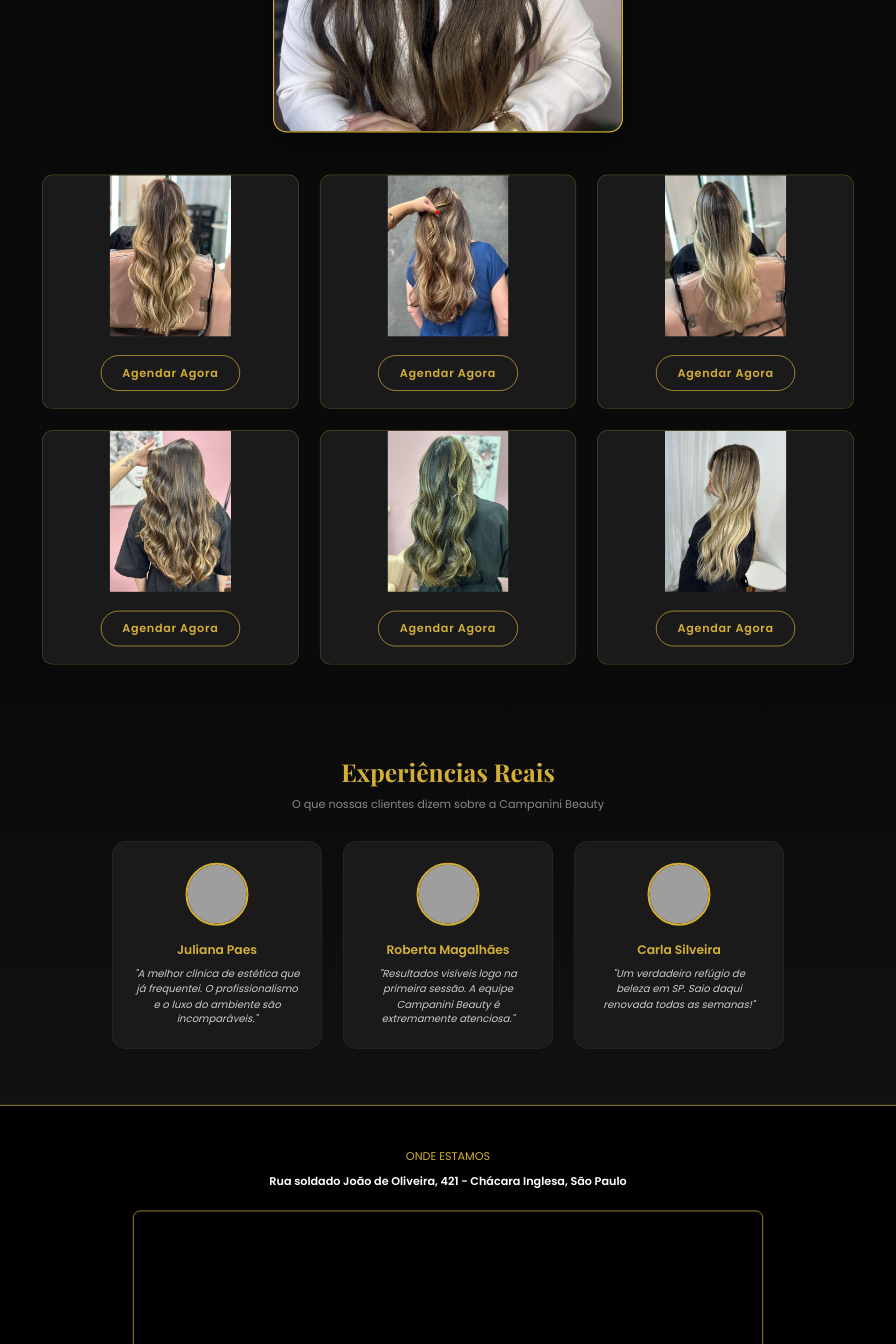
Repository: Sandro1969-tech/campanini-beauty
Page: index.html
An editor plug-in stored every save of this project. The page is shown before and after the next save, followed by the edit.
The browser window is 1280 px wide. The pictures show the part of the page from y = 729 to 2649 px (the page is 2961 px tall before and 2941 px after), at 70% of full size.
Pictures or frames that could not be fetched are drawn as grey boxes.

Above is the page before, as saved 2026-02-17 19:57:58.

### index.html
<!DOCTYPE html>
<html lang="pt-br">
<head>
    <meta charset="UTF-8">
    <meta name="viewport" content="width=device-width, initial-scale=1.0">
    <title>Campanini Beauty | Clínica Premium</title>
    <link rel="icon" href="assets/image/favicon.png" type="image/x-icon">
    <link href="https://fonts.googleapis.com/css2?family=Playfair+Display:wght@700&family=Poppins:wght@300;400;600&display=swap" rel="stylesheet">
    <link rel="stylesheet" href="https://cdnjs.cloudflare.com/ajax/libs/font-awesome/6.0.0/css/all.min.css">

    <style>
        :root {
            --gold: #D4AF37;
            --gold-light: #F1D592;
            --black: #0a0a0a;
            --dark-gray: #1a1a1a;
            --white: #ffffff;
            --transition: all 0.4s cubic-bezier(0.175, 0.885, 0.32, 1.275);
        }

        .light-mode {
            --black: #f4f4f4;
            --dark-gray: #ffffff;
            --white: #0a0a0a;
        }

        * { margin: 0; padding: 0; box-sizing: border-box; }

        body {
            background-color: var(--black);
            color: var(--white);
            font-family: 'Poppins', sans-serif;
            transition: background 0.5s ease;
            overflow-x: hidden;
        }

        header {
            padding: 15px 30px;
            display: flex;
            justify-content: space-between;
            align-items: center;
            background: rgba(0,0,0,0.9);
            position: sticky;
            top: 0;
            z-index: 1000;
            border-bottom: 1px solid var(--gold);
        }

        .logo img { height: 50px; }

        .theme-switch { cursor: pointer; font-size: 1.5rem; color: var(--gold); }

        /* --- TÍTULO PULSANTE ATUALIZADO --- */
        .pulsing-title {
            font-family: 'Playfair Display', serif;
            font-size: 3.5rem;
            text-align: center;
            color: var(--gold);
            margin: 40px 0;
            animation: pulse 2.5s infinite;
            letter-spacing: 2px;
        }

        @keyframes pulse {
            0% { transform: scale(1); text-shadow: 0 0 5px rgba(212, 175, 55, 0.2); }
            50% { transform: scale(1.05); text-shadow: 0 0 25px var(--gold); }
            100% { transform: scale(1); text-shadow: 0 0 5px rgba(212, 175, 55, 0.2); }
        }

        /* --- IMAGEM PRINCIPAL CENTRALIZADA E MENOR --- */
        .hero {
            width: 100%;
            display: flex;
            justify-content: center;
            padding: 10px 20px;
        }

        .hero img {
            max-width: 500px; /* Tamanho reduzido para não ocupar a tela toda */
            width: 100%;
            height: auto;
            border-radius: 20px;
            object-fit: cover;
            border: 2px solid var(--gold);
            box-shadow: 0 15px 35px rgba(0,0,0,0.6);
        }

        /* --- GRID DE SERVIÇOS --- */
        .container { max-width: 1200px; margin: 50px auto; padding: 0 20px; }
        .grid { display: grid; grid-template-columns: repeat(auto-fit, minmax(280px, 1fr)); gap: 30px; }

        .card {
            background: var(--dark-gray);
            border: 1px solid rgba(212, 175, 55, 0.3);
            border-radius: 15px;
            overflow: hidden;
            text-align: center;
            padding-bottom: 25px;
            transition: var(--transition);
        }

        .card:hover {
            transform: translateY(-10px);
            border-color: var(--gold);
            box-shadow: 0 10px 30px rgba(212, 175, 55, 0.2);
        }

        .card img {
            width: 100%;
            height: 230px;
            object-fit: contain; /* Garante que a imagem não fique esticada */
        }

        /* --- SEÇÃO DE DEPOIMENTOS --- */
        .testimonials-section {
            padding: 80px 20px;
            background: linear-gradient(180deg, var(--black) 0%, #111 100%);
            text-align: center;
        }

        .testimonials-grid {
            display: flex;
            justify-content: center;
            flex-wrap: wrap;
            gap: 30px;
            margin-top: 40px;
        }

        .testimonial-card {
            background: var(--dark-gray);
            padding: 30px;
            border-radius: 20px;
            width: 300px;
            border: 1px solid rgba(212, 175, 55, 0.1);
            position: relative;
        }

        .testimonial-card img {
            width: 90px;
            height: 90px;
            border-radius: 50%;
            border: 3px solid var(--gold);
            margin-bottom: 15px;
            object-fit: cover;
        }

        .testimonial-card h4 { color: var(--gold); margin-bottom: 10px; font-size: 1.1rem; }
        .testimonial-card p { font-style: italic; font-size: 0.9rem; color: #ccc; line-height: 1.5; }

        .btn-booking {
            display: inline-block;
            margin-top: 20px;
            padding: 12px 30px;
            background: transparent;
            color: var(--gold);
            border: 1px solid var(--gold);
            border-radius: 50px;
            text-decoration: none;
            font-weight: 600;
            letter-spacing: 1px;
            transition: var(--transition);
        }

        .btn-booking:hover {
            background: var(--gold);
            color: var(--black);
            transform: scale(1.05);
        }

        /* WhatsApp */
        .whatsapp-float {
            position: fixed; bottom: 30px; right: 30px;
            background: #25d366; color: white;
            width: 60px; height: 60px; border-radius: 50%;
            display: flex; align-items: center; justify-content: center;
            font-size: 30px; z-index: 1000; text-decoration: none;
            box-shadow: 0 4px 15px rgba(0,0,0,0.3);
        }

        footer { padding: 60px 20px; text-align: center; border-top: 1px solid var(--gold); background: #000; }
        .map-container { margin: 30px auto; max-width: 900px; height: 350px; border: 1px solid var(--gold); border-radius: 10px; overflow: hidden; }

    </style>
</head>
<body>

    <header>
        <div class="logo">
            <img src="assets/image/Logo escrito 'Campan.png" alt="Campanini Beauty">
        </div>
        <div class="theme-switch" onclick="toggleTheme()">
            <i id="theme-icon" class="fas fa-moon"></i>
        </div>
    </header>

    <h1 class="pulsing-title">Campanini Beauty</h1>

    <div class="hero">
        <img src="assets/image/principal.jpg" alt="Destaque Campanini Beauty">
    </div>

    <div class="container">
        <div class="grid">
            <div class="card">
                <img src="assets/image/imagem1.jpg" alt="Procedimento">
                <a href="#" class="btn-booking">Agendar Agora</a>
            </div>
            <div class="card">
                <img src="assets/image/imagem2.jpg" alt="Procedimento">
                <a href="#" class="btn-booking">Agendar Agora</a>
            </div>
            <div class="card">
                <img src="assets/image/imagem3.jpg" alt="Procedimento">
                <a href="#" class="btn-booking">Agendar Agora</a>
            </div>
                        <div class="card">
                <img src="assets/image/imagem4.jpg" alt="Procedimento">
                <a href="#" class="btn-booking">Agendar Agora</a>
            </div>
            <div class="card">
                <img src="assets/image/imagem5.jpg" alt="Procedimento">
                <a href="#" class="btn-booking">Agendar Agora</a>
            </div>
            <div class="card">
                <img src="assets/image/imagem6.jpg" alt="Procedimento">
                <a href="#" class="btn-booking">Agendar Agora</a>
            </div>

        </div>
    </div>

    <section class="testimonials-section">
        <h2 style="font-family: 'Playfair Display'; color: var(--gold); font-size: 2.2rem; margin-bottom: 10px;">Experiências Reais</h2>
        <p style="color: #888;">O que nossas clientes dizem sobre a Campanini Beauty</p>

        <div class="testimonials-grid">
            <div class="testimonial-card">
                <img src="https://randomuser.me/api/portraits/women/32.jpg" alt="Cliente">
                <h4>Juliana Paes</h4>
                <p>"A melhor clínica de estética que já frequentei. O profissionalismo e o luxo do ambiente são incomparáveis."</p>
            </div>
            <div class="testimonial-card">
                <img src="https://randomuser.me/api/portraits/women/45.jpg" alt="Cliente">
                <h4>Roberta Magalhães</h4>
                <p>"Resultados visíveis logo na primeira sessão. A equipe Campanini Beauty é extremamente atenciosa."</p>
            </div>
            <div class="testimonial-card">
                <img src="https://randomuser.me/api/portraits/women/65.jpg" alt="Cliente">
                <h4>Carla Silveira</h4>
                <p>"Um verdadeiro refúgio de beleza em SP. Saio daqui renovada todas as semanas!"</p>
            </div>
        </div>
    </section>

    <footer>
        <p style="color: var(--gold); margin-bottom: 10px;">ONDE ESTAMOS</p>
        <p><strong>Rua soldado João de Oliveira, 421 - Chácara Inglesa, São Paulo</strong></p>

        <div class="map-container">
            <iframe src="https://www.google.com/maps/embed?pb=!1m18!1m12!1m3!1d3656.345!2d-46.638!3d-23.60!2m3!1f0!2f0!3f0!3m2!1i1024!2i768!4f13.1!3m3!1m2!1s0x0%3A0x0!2zMjPCsDM2JzAwLjAiUyA0NsKwMzgnMTYuOCJX!5e0!3m2!1spt-BR!2sbr!4v1620000000000" width="100%" height="100%" style="border:0;" allowfullscreen="" loading="lazy"></iframe>
        </div>

        <a href="#" class="insta-icon"><i class="fab fa-instagram"></i></a>
        <p style="margin-top: 20px; font-size: 0.8rem; color: #555;">© 2026 Campanini Beauty. Todos os direitos reservados.</p>
    </footer>

    <a href="https://wa.me/5511999999999" class="whatsapp-float">
        <i class="fab fa-whatsapp"></i>
    </a>

    <script>
        function toggleTheme() {
            const body = document.body;
            const icon = document.getElementById('theme-icon');
            body.classList.toggle('light-mode');
            if (body.classList.contains('light-mode')) {
                icon.className = 'fas fa-sun';
            } else {
                icon.className = 'fas fa-moon';
            }
        }
    </script>
</body>
</html>

After the next save:
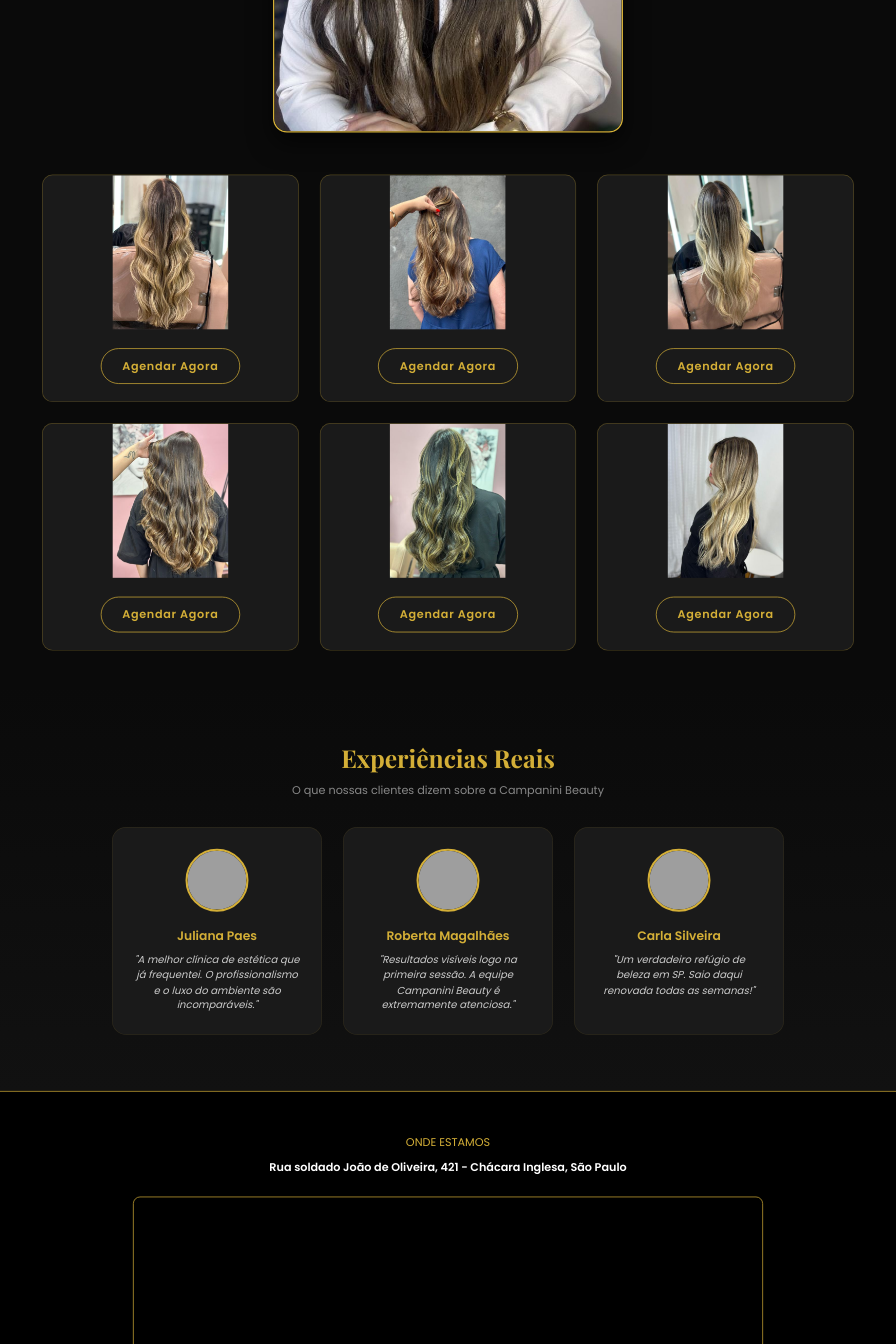
Saved 12 s later.
--- a/index.html
+++ b/index.html
@@ -107,7 +107,7 @@
 
         .card img {
             width: 100%;
-            height: 230px;
+            height: 220px;
             object-fit: contain; /* Garante que a imagem não fique esticada */
         }
 
